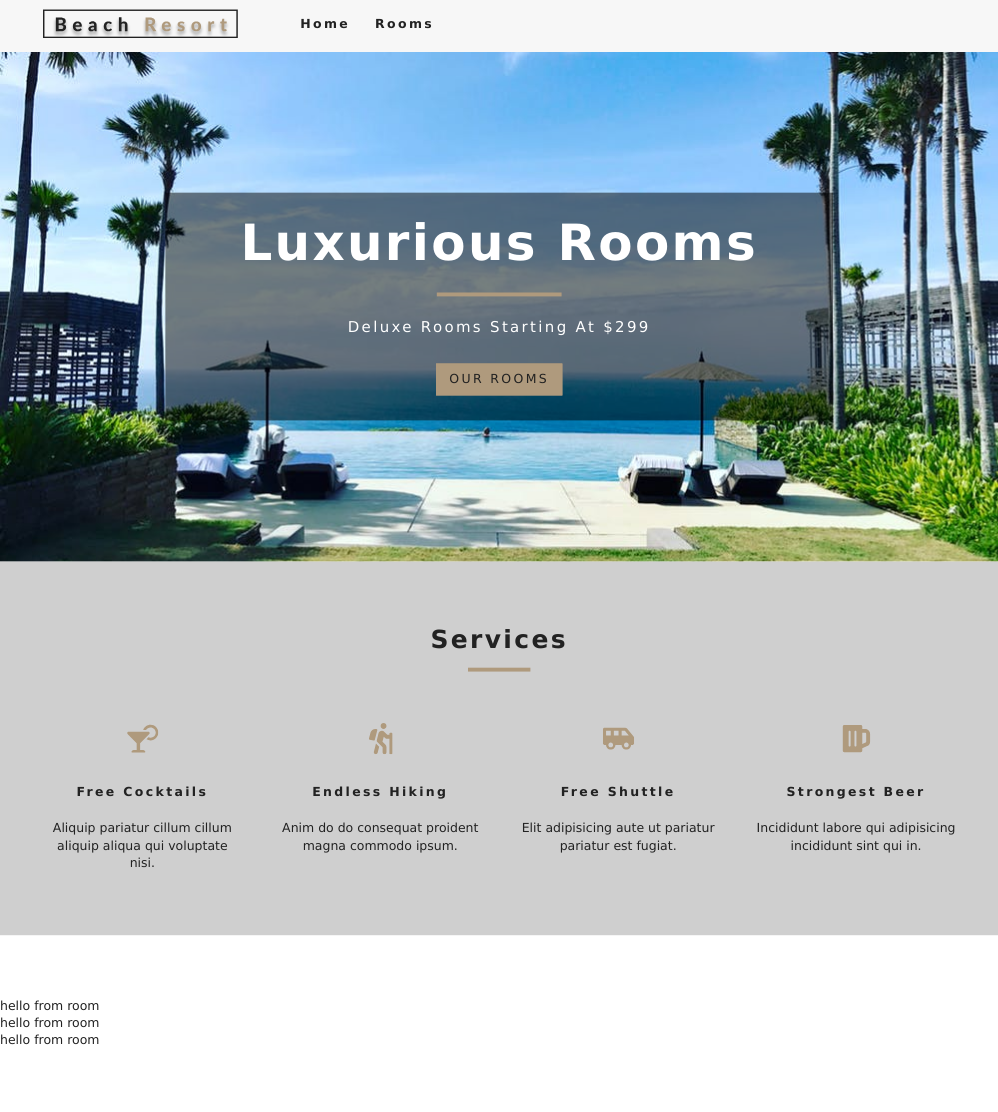
Repository: thanhn379/react-beach-resort
Page: /
The author's editor kept a copy of each file at every save. The page is drawn from the files as they stood at one save, then again after the next save.
The browser window is 1280 px wide. The pictures show the whole page, at 78% of full size.
The project was rebuilt for these pictures with package versions that can differ from the ones it lists, and the page was loaded fresh each time. Also part of the build but not shown: src/pages/Rooms.js, src/pages/SingleRoom.js, src/pages/Error.js.

Above is the page before, as saved 2019-11-15 03:02:05.

### public/index.html
<!DOCTYPE html>
<html lang="en">
  <head>
    <meta charset="utf-8" />
    <link rel="icon" href="%PUBLIC_URL%/favicon.ico" />
    <meta name="viewport" content="width=device-width, initial-scale=1" />
    <meta name="theme-color" content="#000000" />
    <meta
      name="description"
      content="Web site created using create-react-app"
    />
    <link rel="apple-touch-icon" href="logo192.png" />
    <!--
      manifest.json provides metadata used when your web app is installed on a
      user's mobile device or desktop. See https://developers.google.com/web/fundamentals/web-app-manifest/
    -->
    <link rel="manifest" href="%PUBLIC_URL%/manifest.json" />
    <!--
      Notice the use of %PUBLIC_URL% in the tags above.
      It will be replaced with the URL of the `public` folder during the build.
      Only files inside the `public` folder can be referenced from the HTML.

      Unlike "/favicon.ico" or "favicon.ico", "%PUBLIC_URL%/favicon.ico" will
      work correctly both with client-side routing and a non-root public URL.
      Learn how to configure a non-root public URL by running `npm run build`.
    -->
    <title>Resort recording</title>
  </head>
  <body>
    <noscript>You need to enable JavaScript to run this app.</noscript>
    <div id="root"></div>
    <!--
      This HTML file is a template.
      If you open it directly in the browser, you will see an empty page.

      You can add webfonts, meta tags, or analytics to this file.
      The build step will place the bundled scripts into the <body> tag.

      To begin the development, run `npm start` or `yarn start`.
      To create a production bundle, use `npm run build` or `yarn build`.
    -->
  </body>
</html>

### src/index.js
import React from "react";
import ReactDOM from "react-dom";
import { BrowserRouter as Router } from "react-router-dom";
// import './index.css';
import App from "./App";
import * as serviceWorker from "./serviceWorker";
import { RoomProvider } from "./context";

ReactDOM.render(
  <RoomProvider>
    <Router>
      <App />
    </Router>
  </RoomProvider>,
  document.getElementById("root")
);

// If you want your app to work offline and load faster, you can change
// unregister() to register() below. Note this comes with some pitfalls.
// Learn more about service workers: https://bit.ly/CRA-PWA
serviceWorker.unregister();

### src/App.js
import React from "react";
import "./App.css";

import NavBar from "./components/NavBar";

import Home from "./pages/Home";
import Rooms from "./pages/Rooms";
import SingleRoom from "./pages/SingleRoom";
import Error from "./pages/Error";

import { Route, Switch } from "react-router-dom";

function App() {
  return (
    <>
      <NavBar />
      <Switch>
        <Route exact path="/" component={Home} />
        <Route exact path="/rooms/" component={Rooms} />
        <Route exact path="/rooms/:slug/" component={SingleRoom} />
        <Route component={Error} />
      </Switch>
    </>
  );
}

export default App;

### src/context.js
import React, { Component } from "react";
import items from "./data";

const RoomContext = React.createContext();

class RoomProvider extends Component {
  state = { rooms: [], sortedRooms: [], featuredRooms: [], loading: true };

  //getData

  componentDidMount() {
    // this.getData
    let rooms = this.formatData(items);
    let featuredRooms = rooms.filter(room => room.featured === true);

    this.setState({ rooms, featuredRooms, sortedRooms: rooms, loading: false });
  }

  formatData(items) {
    let tempItems = items.map(item => {
      let id = item.sys.id;
      let images = item.fields.images.map(image => image.fields.file.url);

      let room = { ...item.fields, images, id };

      return room;
    });

    return tempItems;
  }

  render() {
    return (
      <RoomContext.Provider value={{ ...this.state }}>
        {this.props.children}
      </RoomContext.Provider>
    );
  }
}

const RoomConsumer = RoomContext.Consumer;

export { RoomProvider, RoomConsumer, RoomContext };

### src/components/NavBar.js
import React, { Component } from "react";
import Logo from "../images/logo.svg";
import { FaAlignRight } from "react-icons/fa";
import { Link } from "react-router-dom";

export default class NavBar extends Component {
  state = {
    isOpen: false
  };
  handleToggle = () => {
    this.setState({ isOpen: !this.state.isOpen });
  };
  render() {
    return (
      <nav className="navbar">
        <div className="nav-center">
          <div className="nav-header">
            <Link to="/">
              <img src={Logo} alt="Beach Resort" />
            </Link>
            <button
              type="button"
              className="nav-btn"
              onClick={this.handleToggle}
            >
              <FaAlignRight className="nav-icon" />
            </button>
          </div>
          <ul
            className={this.state.isOpen ? "nav-links show-nav" : "nav-links"}
          >
            <li>
              <Link to="/">Home</Link>
            </li>
            <li>
              <Link to="/rooms">Rooms</Link>
            </li>
          </ul>
        </div>
      </nav>
    );
  }
}

### src/pages/Home.js
import React from "react";
import Hero from "../components/Hero";
import Banner from "../components/Banner";
import { Link } from "react-router-dom";
import Services from "../components/Services";
import FeaturedRooms from "../components/FeaturedRooms";

export default function Home() {
  return (
    <>
      <Hero>
        <Banner
          title="luxurious rooms"
          subtitle="deluxe rooms starting at $299"
        >
          <Link to="/rooms" className="btn-primary">
            our rooms
          </Link>
        </Banner>
      </Hero>
      <Services />
      <FeaturedRooms />
    </>
  );
}

### src/components/Services.js
import React, { Component } from "react";
import { FaCocktail, FaHiking, FaShuttleVan, FaBeer } from "react-icons/fa";
import Title from "./Title";

export default class Services extends Component {
  state = {
    services: [
      {
        icon: <FaCocktail />,
        title: "free cocktails",
        info:
          "Aliquip pariatur cillum cillum aliquip aliqua qui voluptate nisi."
      },
      {
        icon: <FaHiking />,
        title: "Endless Hiking",
        info: "Anim do do consequat proident magna commodo ipsum."
      },
      {
        icon: <FaShuttleVan />,
        title: "Free Shuttle",
        info: "Elit adipisicing aute ut pariatur pariatur est fugiat."
      },
      {
        icon: <FaBeer />,
        title: "Strongest Beer",
        info: "Incididunt labore qui adipisicing incididunt sint qui in."
      }
    ]
  };

  render() {
    return (
      <section className="services">
        <Title title="services" />

        <div className="services-center">
          {this.state.services.map((item, index) => {
            return (
              <article key={index} className="service">
                <span>{item.icon}</span>
                <h6>{item.title}</h6>
                <p>{item.info}</p>
              </article>
            );
          })}
        </div>
      </section>
    );
  }
}

### src/components/FeaturedRooms.js
import React, { Component } from "react";
import { RoomContext } from "../context";
import Loading from "./Loading";
import Room from "./Room";
import Title from "./Title";

export default class FeaturedRooms extends Component {
  static contextType = RoomContext;

  render() {
    let { loading, featuredRooms: rooms } = this.context;
    rooms = rooms.map(room => {
      return <Room key={room.id} room={room} />;
    });
    return (
      <section className="featured-rooms">
        {loading ? <Loading /> : rooms}
      </section>
    );
  }
}

### src/components/Loading.js
import React from "react";
import loadingGif from "../images/gif/loading-arrow.gif";

export default function Loading() {
  return (
    <div className="loading">
      <h4>rooms data loading ...</h4>
      <img src={loadingGif} alt="" />
    </div>
  );
}

### src/components/Room.js
import React from "react";

export default function Room() {
  return <div>hello from room</div>;
}

Loaded but not shown: src/serviceWorker.js (common file); src/App.css (common file); src/components/Hero.js (common file); src/components/Banner.js (common file); src/components/Title.js (common file); src/data.js (760 lines, source omitted)

After the next save:
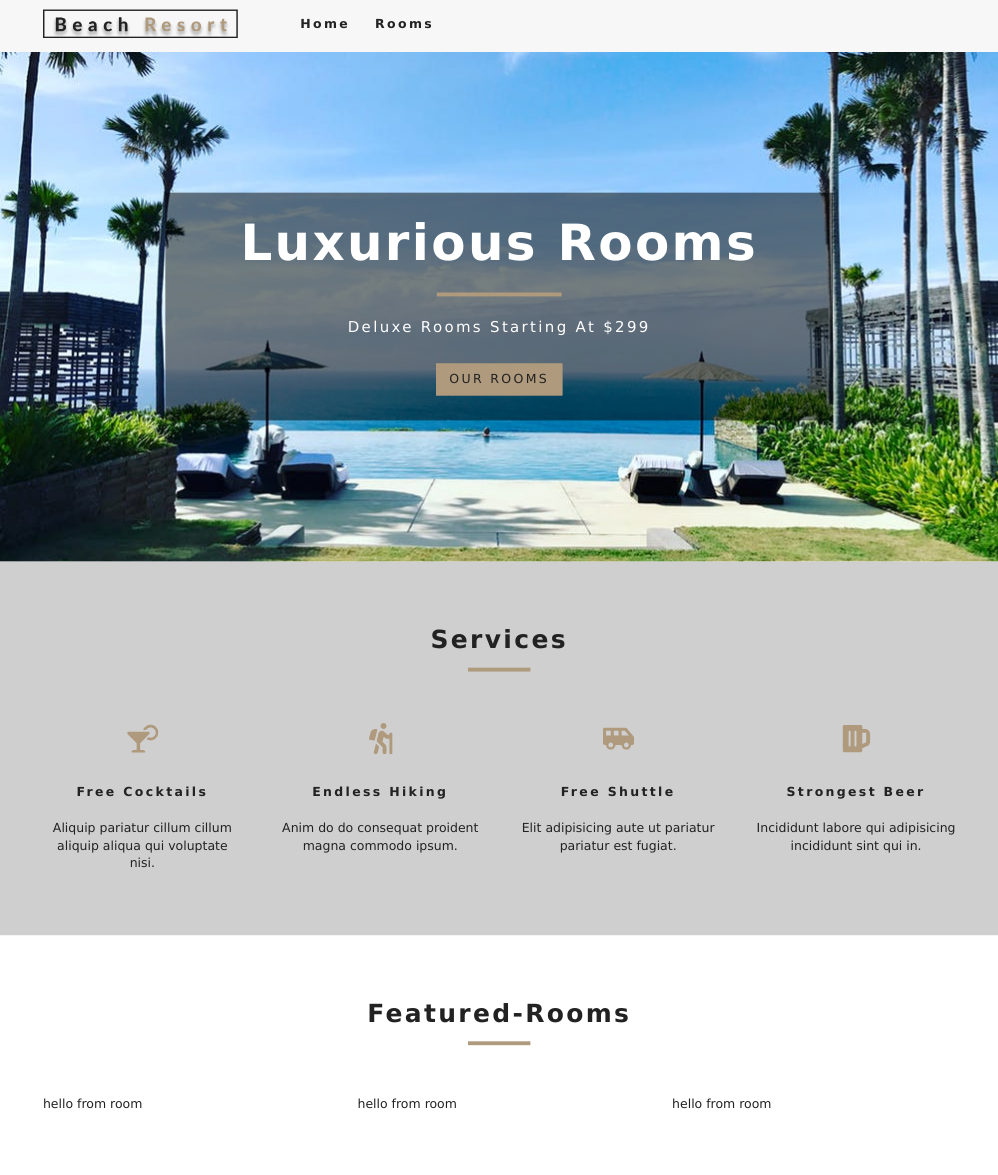
Saved 70 s later.
--- a/src/components/FeaturedRooms.js
+++ b/src/components/FeaturedRooms.js
@@ -14,7 +14,10 @@ export default class FeaturedRooms extends Component {
     });
     return (
       <section className="featured-rooms">
-        {loading ? <Loading /> : rooms}
+        <Title title="featured-rooms" />
+        <div className="featured-rooms-center">
+          {loading ? <Loading /> : rooms}
+        </div>
       </section>
     );
   }
